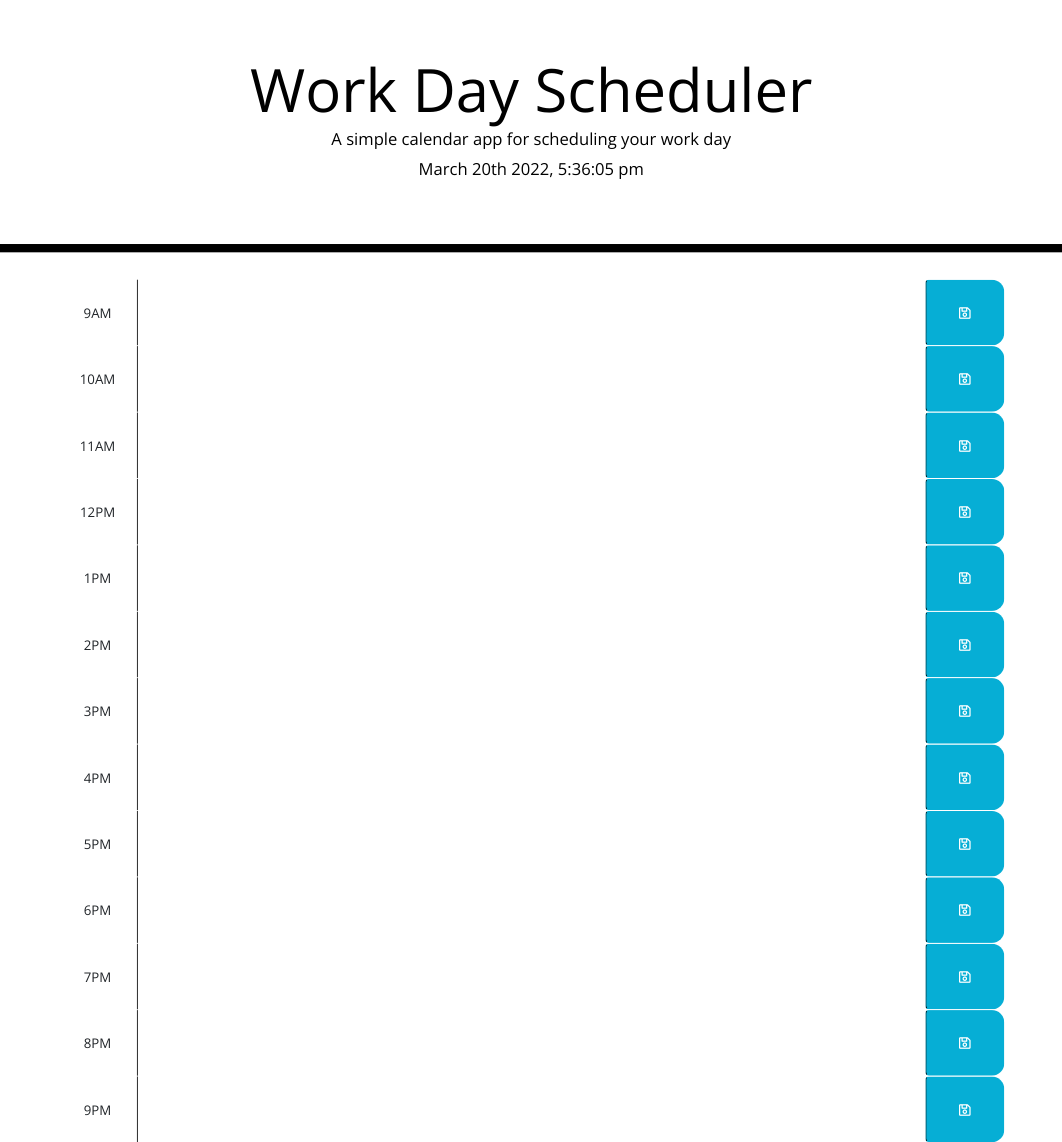
Repository: cobalt88/work-day-scheduler
Page: index.html
An editor plug-in stored every save of this project. The page is shown before and after the next save, followed by the edit.
The browser window is 1280 px wide. The pictures show the whole page, at 83% of full size.
Some web libraries are served in a nearby version.

Above is the page before, as saved 2022-03-25 17:47:46.

After the next save:
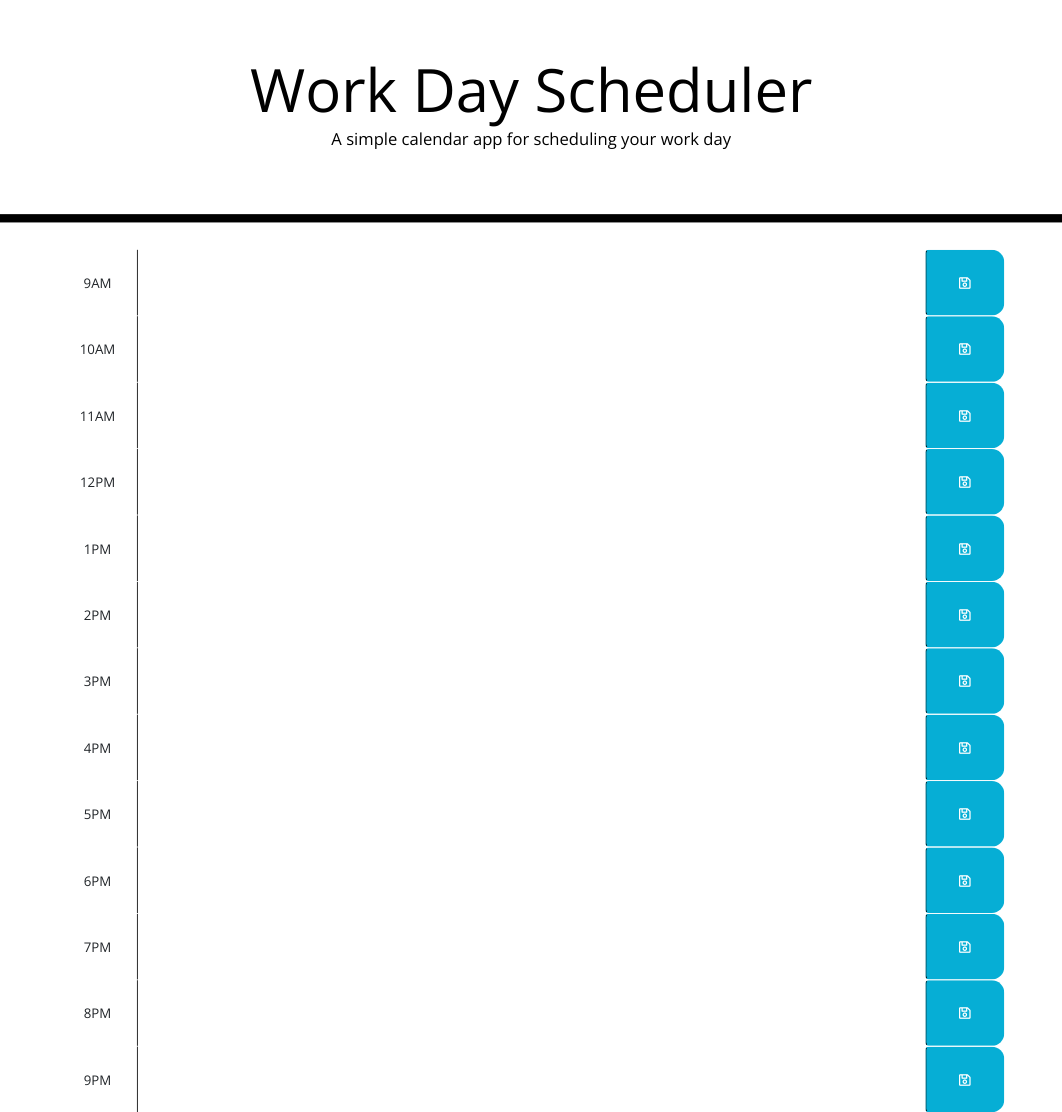
Console error: SyntaxError: Unexpected token '}'
Saved 4 min 58 s later.
--- a/assets/logic.js
+++ b/assets/logic.js
@@ -12,14 +12,22 @@
 // var timeBlock11 = document.getElementById('hr-8P');
 // var timeBlock12 = document.getElementById('hr-9P');
 
-const timeBlocks = Array.from(document.getElementsByClassName('time-block'));
-console.log(timeBlocks[0].id)
+
 
 function updateTime(){
 var currentDate = moment().format('MMMM Do YYYY, h:mm:ss a');
 $("#currentDay").html(currentDate);
 }
 
+const timeBlocks = Array.from(document.getElementsByClassName('time-block'));
+var currentTime = moment().format('H, HH');
+console.log(currentTime)
+
+for (let i = 0; i < timeBlocks.length; i++) {
+  if (timeBlocks[i].id >
+
+}
+
 updateTime();
 setInterval(function() {
   updateTime();

After the save that followed:
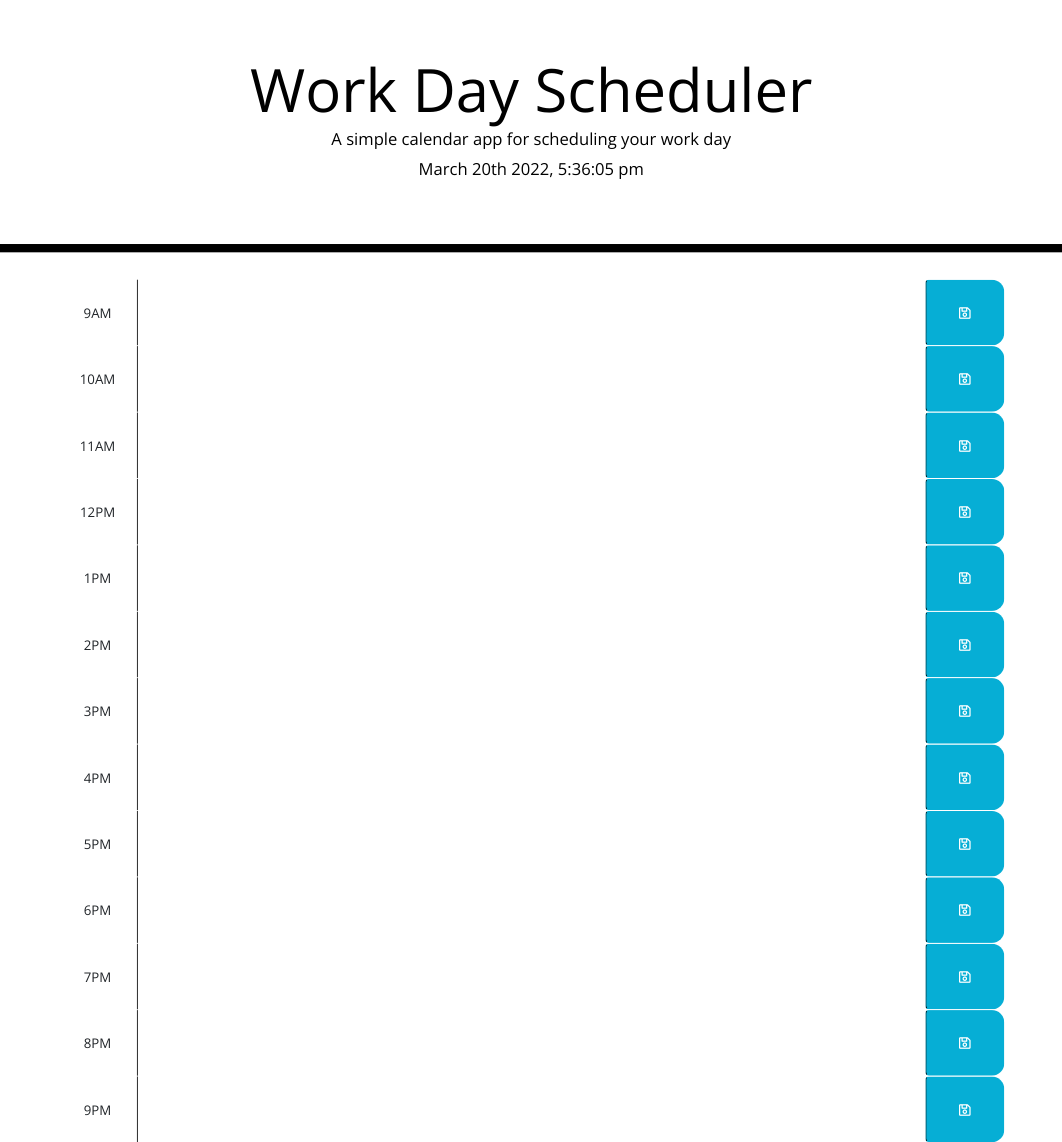
The error is gone.
Saved 22 s later.
--- a/assets/logic.js
+++ b/assets/logic.js
@@ -23,10 +23,10 @@
 var currentTime = moment().format('H, HH');
 console.log(currentTime)
 
-for (let i = 0; i < timeBlocks.length; i++) {
-  if (timeBlocks[i].id >
+// for (let i = 0; i < timeBlocks.length; i++) {
+//   if (timeBlocks[i].id >
 
-}
+// }
 
 updateTime();
 setInterval(function() {
